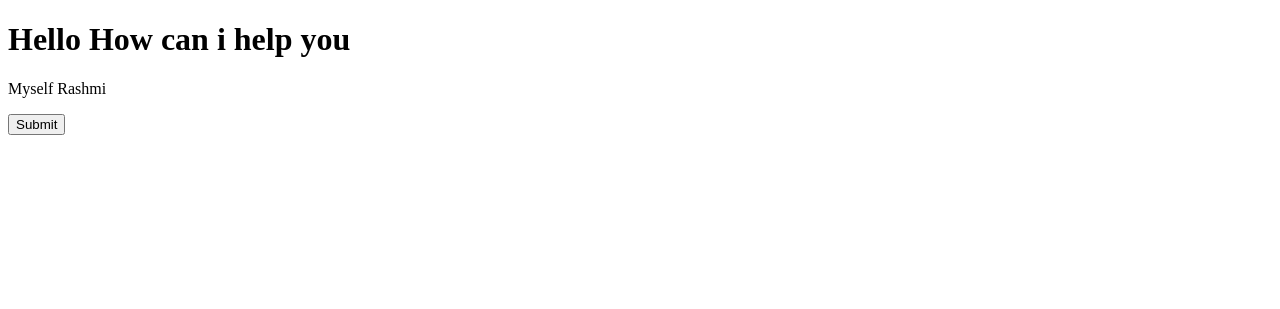
Repository: Rashmi-apagundi/Gsoc-Preperation
Page: index.html
The author's editor kept a copy of each file at every save. The page is drawn from the files as they stood at one save, then again after the next save.
The browser window is 1280 px wide. The pictures show the whole page.

Above is the page before, as saved 2026-02-10 00:29:29.

### index.html
<!DOCTYPE html>
<html lang="en">
<head>
    <meta charset="UTF-8">
    <meta name="viewport" content="width=device-width, initial-scale=1.0">
    <h1>Hello How can i help you</h1>
    <p>Myself Rashmi</p>
    <button>Submit</button>
</head>
<body>

</body>
</html>

After the next save:
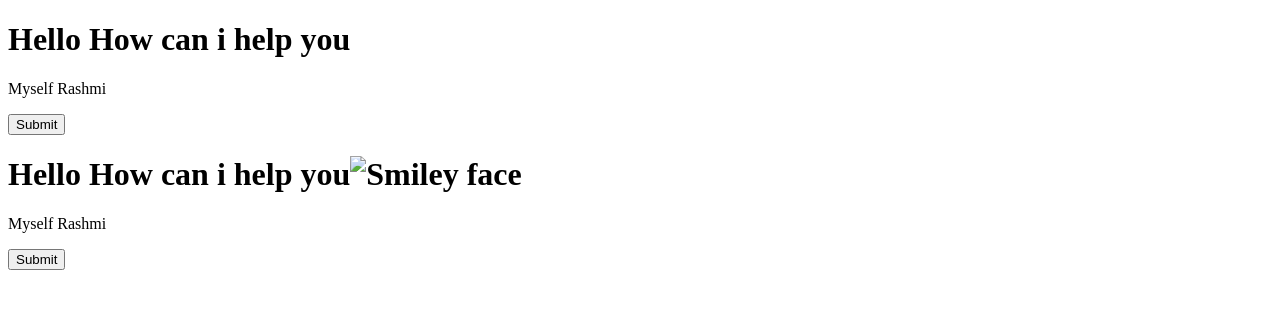
Not found: smiley.png
Saved 6 s later.
--- a/index.html
+++ b/index.html
@@ -11,3 +11,16 @@
 
 </body>
 </html>
+<!DOCTYPE html>
+<html lang="en">
+<head>
+    <meta charset="UTF-8">
+    <meta name="viewport" content="width=device-width, initial-scale=1.0">
+    <h1>Hello How can i help you<img src="smiley.png" alt="Smiley face"></h1>
+    <p>Myself Rashmi</p>
+    <button>Submit</button>
+</head>
+<body>
+
+</body>
+</html>
